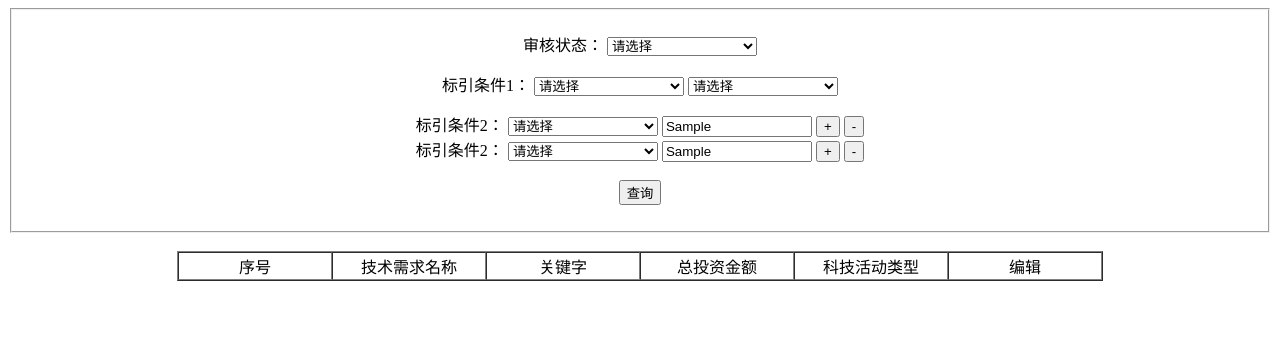
Repository: ZhangZuoxiu/homework
Page: http://localhost/HebeiZhongdaxuqiu/Need/NeedSearch.jsp
The author's editor kept a copy of each file at every save. The page is drawn from the files as they stood at one save, then again after the next save.
The browser window is 1280 px wide. The pictures show the whole page.
Empty fields were first filled with sample values (such as "Sample", 5 or name@example.com).
After loading, the first visible `input[onclick="tiaojianAdd()"]` was clicked once.
The page is served by Tomcat 9. Nobody is signed in. The application's start-up code is not run. Other server files are loaded and not shown.

Above is the page before, as saved 2017-05-16 13:58:38.

### HebeiZhongdaxuqiu1/HebeiZhongdaxuqiu/WebRoot/Need/NeedSearch.jsp
<%@ page language="java" import="java.util.*" pageEncoding="UTF-8"%>
<%
String path = request.getContextPath();
String basePath = request.getScheme()+"://"+request.getServerName()+":"+request.getServerPort()+path+"/";
%>

<!DOCTYPE HTML PUBLIC "-//W3C//DTD HTML 4.01 Transitional//EN">
<html>
  <head>
    <base href="<%=basePath%>">

    <title>需求检索页面</title>

	<meta http-equiv="pragma" content="no-cache">
	<meta http-equiv="cache-control" content="no-cache">
	<meta http-equiv="expires" content="0">
	<meta http-equiv="keywords" content="keyword1,keyword2,keyword3">
	<meta http-equiv="description" content="This is my page">
	<!--
	<link rel="stylesheet" type="text/css" href="styles.css">
	-->

  </head>

  <body>
    <div>
<fieldset>
<center>
  <p>	审核状态：
    <label for="ExmainState"></label>
    <select name="Zhuangtai" id="Zhuangtai" style="width:150px">
      <option value="">请选择</option>
      <option value="未审核">未审核</option>
      <option value="形式审核通过">形式审核通过</option>
      <option value="形式审核未通过">形式审核未通过</option>
      <option value="部门审核通过">部门审核通过</option>
      <option value="部门审核未通过">部门审核未通过</option>
    </select>
    </p>
  <p>标引条件1：
  <label for="Biaoyin1"></label>
    <select name="Biaoyin1" id="Biaoyin1" style="width:150px" onchange="change()">
      <option value="">请选择</option>
      <option value="I.GKGLBM">归口管理部门</option>
      <option value="I.SZDY">所在地域</option>
      <option value="I.JGSX">机构属性</option>
      <option value="n.JSXQJJFS">技术需求解决方式</option>
      <option value="n.KJHDLX">科技活动类型</option>
      <option value="n.GLCSBM">管理处室</option>
    </select>
    <select name="Tiaojian1" id="Tiaojian1" style="width:150px">
    <option value="">请选择<option>
  	</select>
  </p>
  <p>
  	<div id="t2">
  	标引条件2：
    <label for="Biaoyin2"></label>
    <select name="Biaoyin2" id="Biaoyin2" style="width:150px">
      <option value="">请选择</option>
      <option value="I.JGQC">机构全称</option>
      <option value="I.FRDB">法人代表</option>
      <option value="I.LXR">联系人</option>
      <option value="n.JSXQMC">技术需求名称</option>
      <option value="n.GJZ">关键字</option>
      <option value="n.JHZTZ">计划总投资</option>
      <option value="n.XKFL">学科分类</option>
      <option value="n.XQJSSSLY">需求技术所属领域</option>
      <option value="n.XQJSYYHY">需求技术应用行业</option>
    </select>
    <input type="text" name="Tiaojian2" id="Tiaojian2" style="width:150px"/>
    <input type="button" value="+" onclick="tiaojianAdd()">
    <input type="button" value="-" onclick="tiaojiandelete()"></br>
    </div>
    <div id="t3"></div>
    <br>
    <center><input type="button" name="Chaxun" id="Chaxun" value="查询" onclick ="getNeedsbyTiaojian()" style="outline:none" /></center>
  </p>
  </center>
  </fieldset>

<br>
</div>
<div>
	<table border="1" align="center" cellspacing="0" id="needTable">
	<thead>
	<tr>
		<td width="150" align="center">序号</td>
		<td width="150" align="center">技术需求名称</td>
		<td width="150" align="center">关键字</td>
		<td width="150" align="center">总投资金额</td>
		<td width="150" align="center">科技活动类型</td>
		<td width="150" align="center">编辑</td>
	</tr>
	</thead>
	<tbody></tbody>
	</table>
</div>

<script src="jquery/jquery2.0.0.min.js"></script>
<script type="text/javascript" charset="gbk" src="JS1/NeedSearch.js">
</script>

  </body>
</html>

### HebeiZhongdaxuqiu1/HebeiZhongdaxuqiu/WebRoot/JS1/NeedSearch.js
 function change(){
	  var pro = $("#Biaoyin1");
	  var provalue = pro.find("option:selected").text();
	  var tiaojian = $("#Tiaojian1");
	  tiaojian.empty();//清空城市下拉框
	  tiaojian.append($("<option>请选择</option>"));
	  switch(provalue){
	  case "机构属性":

		  tiaojian.append($("<option>企业</option>"));
		  tiaojian.append($("<option>高等院校</option>"));
		  tiaojian.append($("<option>研究机构</option>"));
		  tiaojian.append($("<option>其他</option>"));
		  break;
     	  case "所在地域":
     		 // tiaojian.append($("<option>请选择</option>"));
			  tiaojian.append($("<option>石家庄市</option>"));
			  tiaojian.append($("<option>唐山市</option>"));
			  tiaojian.append($("<option>秦皇岛市</option>"));
			  tiaojian.append($("<option>邯郸市</option>"));
			  tiaojian.append($("<option>邢台市</option>"));
			  tiaojian.append($("<option>保定市</option>"));
			  tiaojian.append($("<option>张家口市</option>"));
			  tiaojian.append($("<option>承德市</option>"));
			  tiaojian.append($("<option>沧州市</option>"));
			  tiaojian.append($("<option>廊坊市</option>"));
			  tiaojian.append($("<option>衡水市</option>"));
			  tiaojian.append($("<option>定州市</option>"));
			  tiaojian.append($("<option>辛集市</option>"));
			  tiaojian.append($("<option>其他</option>"));
			  break;
     case "归口管理部门":
    	 tiaojian.append($("<option>请选择</option>"));
    	 var dep;

    	 $.getJSON("loadGkglbms", function(data) {
    			$("#Tiaojian1").html("");//Tiaojian1
    			$("#Tiaojian1").append("<option value=''>请选择</option>");
    			$.each(data.gkglbms, function(i, item) {
    				$("#Tiaojian1").append(
    						"<option value='"+ item.department+"'>"+item.department+"</option>");
    			});
    		});

		  break;
     case "技术需求解决方式":
    	//  tiaojian.append($("<option>请选择</option>"));
		  tiaojian.append($("<option>独立研发</option>"));
		  tiaojian.append($("<option>委托研发</option>"));
		  tiaojian.append($("<option>合作研发</option>"));
		  tiaojian.append($("<option>其他</option>"));
		  break;
     case "科技活动类型":
    //	  tiaojian.append($("<option>请选择</option>"));
		  tiaojian.append($("<option>基础研究</option>"));
		  tiaojian.append($("<option>应用研究</option>"));
		  tiaojian.append($("<option>试验发展</option>"));
		  tiaojian.append($("<option>研究与试验发展成果应</option>"));
		  tiaojian.append($("<option>技术推广与科技服务</option>"));
		  tiaojian.append($("<option>生产性活动</option>"));
		  break;
     case "管理处室":
    	//  tiaojian.append($("<option>请选择</option>"));
		  tiaojian.append($("<option>办公室</option>"));
		  tiaojian.append($("<option>人事处</option>"));
		  tiaojian.append($("<option>机关党委</option>"));
		  tiaojian.append($("<option>政策法规处</option>"));
		  tiaojian.append($("<option>计划财务处</option>"));
		  tiaojian.append($("<option>平台与基础处</option>"));
		  tiaojian.append($("<option>国际合作处</option>"));
		  tiaojian.append($("<option>高新技术处</option>"));
		  tiaojian.append($("<option>农村科技处</option>"));
		  tiaojian.append($("<option>社会发展处</option>"));
		  tiaojian.append($("<option>成果与市场处</option>"));
		  tiaojian.append($("<option>监察室</option>"));
		  tiaojian.append($("<option>离退休干部处</option>"));
		  tiaojian.append($("<option>知识产权局</option>"));
		  tiaojian.append($("<option>半干旱中心</option>"));
		  tiaojian.append($("<option>山办</option>"));
		  tiaojian.append($("<option>机关服务中心</option>"));
		  tiaojian.append($("<option>科技研发中心</option>"));
		  tiaojian.append($("<option>科技情报研究院</option>"));
		  tiaojian.append($("<option>器材公司</option>"));
		  tiaojian.append($("<option>基金办</option>"));
		  tiaojian.append($("<option>档案馆</option>"));
		  tiaojian.append($("<option>科技管理信息中心</option>"));
		  tiaojian.append($("<option>科技投资中心</option>"));
		  tiaojian.append($("<option>成果转换中心</option>"));
		  tiaojian.append($("<option>中小企业创新资金管理中心</option>"));
		  tiaojian.append($("<option>对外交流中心</option>"));

		  break;
	  }
  }

 function tiaojianAdd(){
	 $("#t3").append($("#t2").clone());
 }

 function tiaojiandelete(){
	 alert("11");
	 $(this).parent().remove();
 }

 function getNeedsbyTiaojian(){
	 var Zhuangtai = $("#Zhuangtai").val();
	 var ZhuangtaiTiaojian="";
	 var ZhuangtaiVal ="";
	 if(Zhuangtai=='未审核')
	 {
		 ZhuangtaiTiaojian = "XSSFSH";
		 ZhuangtaiVal = "0";
	 }
	 else if(Zhuangtai=='形式审核通过')
	 {
		 ZhuangtaiTiaojian = "XSSFSH";
		 ZhuangtaiVal = "1";
	 }
	 else if(Zhuangtai=='形式审核未通过')
	 {
		 ZhuangtaiTiaojian = "XSSFSH";
		 ZhuangtaiVal = "2";
	 }
	 else if(Zhuangtai=='部门审核通过')
	 {
		 ZhuangtaiTiaojian = "BMSFSH";
		 ZhuangtaiVal = "1";
	 }
	 else if(Zhuangtai=='部门审核未通过')
	 {
		 ZhuangtaiTiaojian = "BMSFSH";
		 ZhuangtaiVal = "2";
	 }else
	 {
		 ZhuangtaiTiaojian = "";
		 ZhuangtaiVal = "";
	 }

	 alert(ZhuangtaiTiaojian+":"+ZhuangtaiVal);
	 var Biaoyin1 = $("#Biaoyin1").val();
	 var Tiaojian1 = $("#Tiaojian1").val();
	 var Biaoyin2 = $("#Biaoyin2").val();
	 var Tiaojian2 = $("#Tiaojian2").val();
	 $.ajax({
		 type:"post",
		 dataType:"text",
		 url:"getNeedsbyTiaojian",
		 data:{
			 'ZhuangtaiTiaojian': ZhuangtaiTiaojian,
			 'ZhuangtaiVal' :ZhuangtaiVal,
			 'Biaoyin1' : Biaoyin1,
			 'Tiaojian1' : Tiaojian1,
			 'Biaoyin2' : Biaoyin2,
			 'Tiaojian2' : Tiaojian2
		 },
		 success:function(data)
		 {
			 var data1 = eval("("+data+")");
			 $("#needTable tbody").html("");
			 /*alert(data1.needs.);*/
			 $.each(data1.needVoIns, function(i, item) {
			 $("#needTable tbody").append('<tr><td>'+item.WJID+'</td>'
	    				 +'<td>'+item.JSXQMC+'</td>'
	    				 +'<td>'+item.GJZ+'</td>'
	    				 +'<td>'+item.JHZTZ+'</td>'
	    				 +'<td>'+item.KJHDLX+'</td>'
	    				 +'<td><a href="#">查看</a></td></tr>'
	    		 );
			 });
		 }
	 });
 }

Loaded but not shown: HebeiZhongdaxuqiu1/HebeiZhongdaxuqiu/WebRoot/jquery/jquery2.0.0.min.js (library)

After the next save:
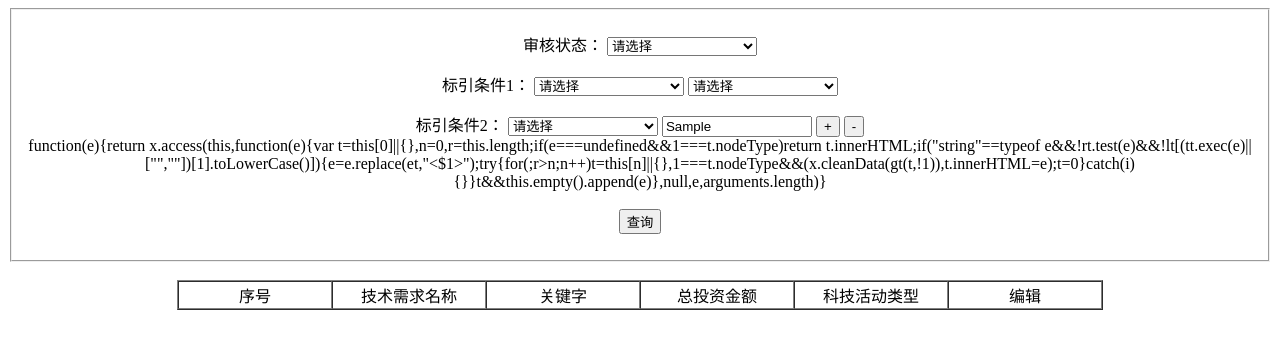
Saved 9 min 28 s later.
--- a/HebeiZhongdaxuqiu1/HebeiZhongdaxuqiu/WebRoot/JS1/NeedSearch.js
+++ b/HebeiZhongdaxuqiu1/HebeiZhongdaxuqiu/WebRoot/JS1/NeedSearch.js
@@ -93,8 +93,11 @@
 	  }
   }
 
+ var i =1;
  function tiaojianAdd(){
-	 $("#t3").append($("#t2").clone());
+	 i=i+1;
+	 var html=$("#t2").html;
+	 $("#t3").append("<div id=t"+i+">"+html+"</div>");
  }
 
  function tiaojiandelete(){

After the save that followed:
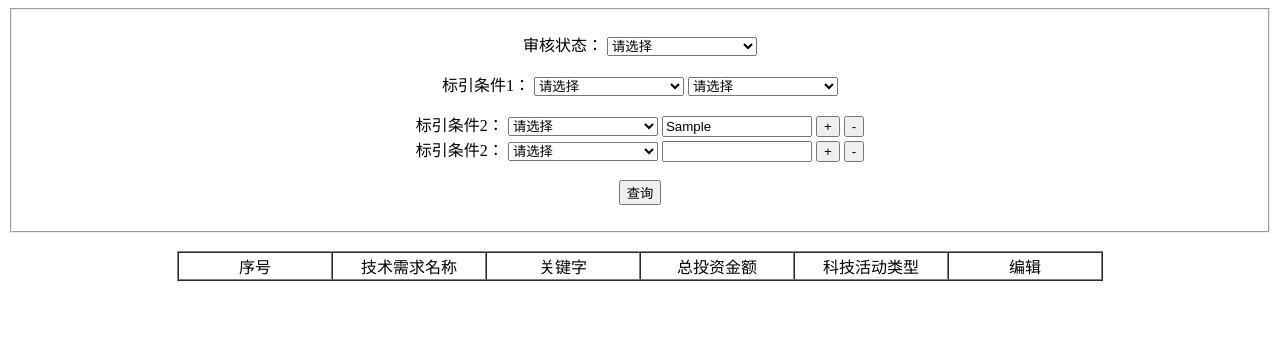
Saved 49 s later.
--- a/HebeiZhongdaxuqiu1/HebeiZhongdaxuqiu/WebRoot/JS1/NeedSearch.js
+++ b/HebeiZhongdaxuqiu1/HebeiZhongdaxuqiu/WebRoot/JS1/NeedSearch.js
@@ -96,7 +96,7 @@
  var i =1;
  function tiaojianAdd(){
 	 i=i+1;
-	 var html=$("#t2").html;
+	 var html=$("#t2").html();
 	 $("#t3").append("<div id=t"+i+">"+html+"</div>");
  }
 
